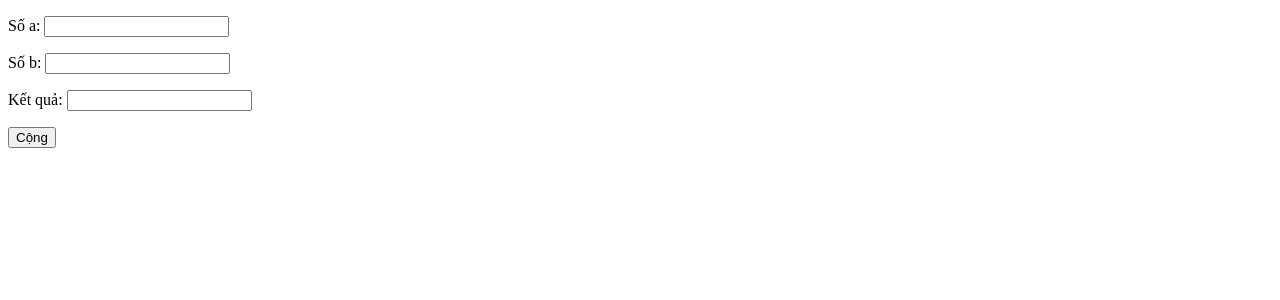
Repository: hoa-nguyen-bk/Module_3
Page: http://localhost/Bai3_JSP/vd2_bienAn_cong-2-so.jsp
An editor plug-in stored every save of this project. The page is shown before and after the next save, followed by the edit.
The browser window is 1280 px wide. The pictures show the whole page.
The page is served by Tomcat 9.

Above is the page before, as saved 2024-08-03 12:02:42.

After the next save:
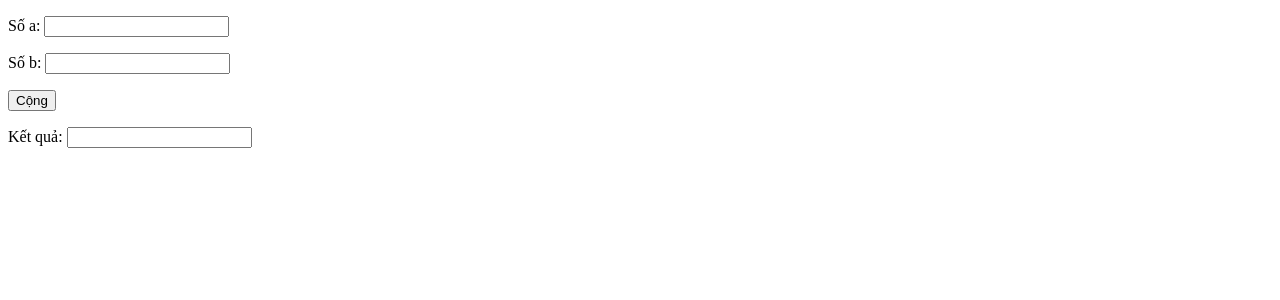
Saved 12 s later.
--- a/Bai3_JSP/src/main/webapp/vd2_bienAn_cong-2-so.jsp
+++ b/Bai3_JSP/src/main/webapp/vd2_bienAn_cong-2-so.jsp
@@ -26,12 +26,12 @@ if (request.getParameter("btnCong") != null) {
 			<label>Số b: </label><input type="text" name="soB" value="<%=b%>">
 		</p>
 		<p>
+			<input type="submit" name="btnCong" value="Cộng">
+		</p>
+		<p>
 			<label>Kết quả: </label><input type="text" name="kq" value="<%=kq%>">
 		</p>
 
-		<p>
-			<input type="submit" name="btnCong" value="Cộng">
-		</p>
 	</form>
 </body>
 </html>
